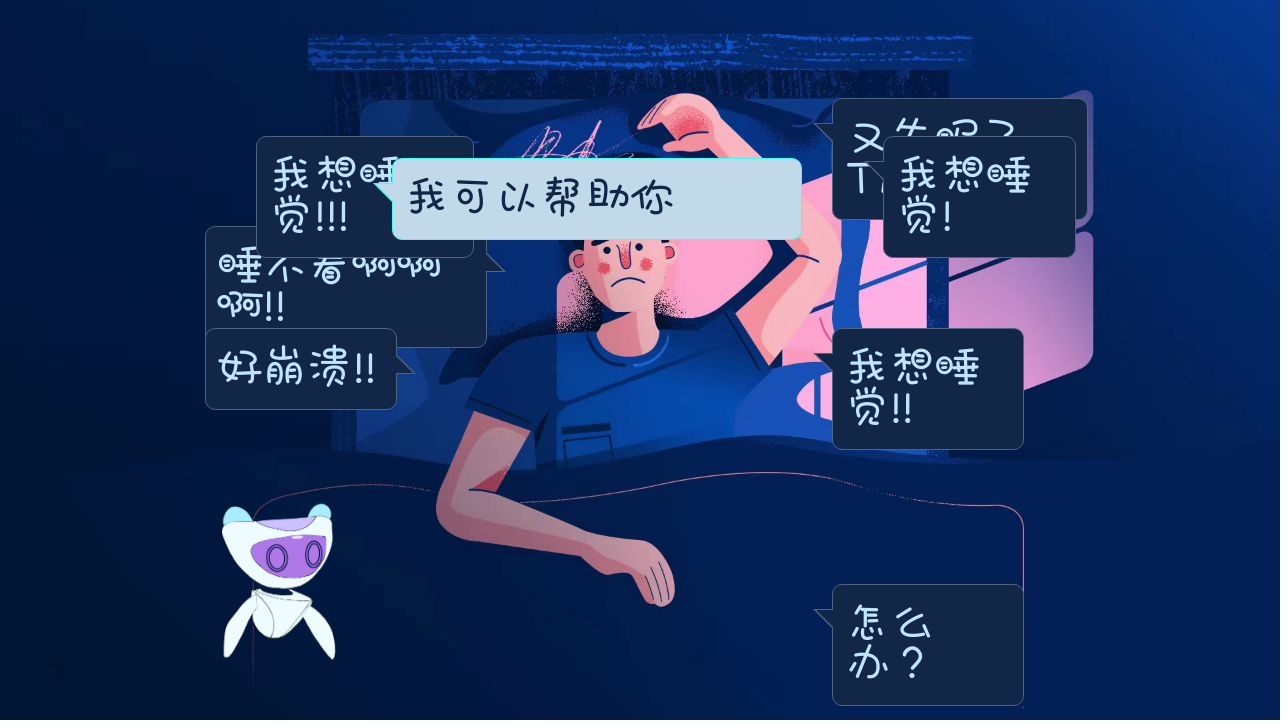
Repository: chjyume/zhongyi
Page: index2.html
An editor plug-in stored every save of this project. The page is shown before and after the next save, followed by the edit.
The browser window is 1280 px wide. The page is 1288 px wide, so the pictures cover 1288 px, including what lies to the right of the window. The pictures show the whole page.

Above is the page before, as saved 2023-06-27 09:08:26.

### index2.html
<!DOCTYPE html>
<html>
	<head>
        <meta charset="utf-8" />
		<title>小故事引入</title>

        <link href="css\index2.css" rel="stylesheet" type="text/css">
		<link rel="stylesheet" type="text/css" href="family\font.css">
	</head>
	<style>
	body
	{
        background-image:url("img/img2-1.png");
		background-repeat:no-repeat;
        height: 100%;
        width: 100%;
        background-size:cover;
        position:absolute;
        left:0;
        top:0;
	}
	</style>
	<body>
		<div id="man" tabindex="1">
		<div class="bubble1" id="text1"  tabindex="1" style="width: calc(18%)">又失眠了TAT</div>
		<div class="bubble1" id="text2"  tabindex="1" style="width: calc(13%)">我想睡觉!</div>
		<div class="bubble1" id="text4"  tabindex="1" style="width: calc(13%)">我想睡觉!!</div>
		<div class="bubble1" id="text5"  tabindex="1" style="width: calc(13%)">怎么办？</div>
		<div class="bubble2" id="text3" tabindex="1"  style="width: calc(20%)">睡不着啊啊啊!!</div>
		<div class="bubble2" id="text2" tabindex="1"  style="width: calc(15%)">我想睡觉!!!</div>
		<div class="bubble2" id="text4"  tabindex="1" style="width: calc(13%)">好崩溃!!</div>
		</div>
		<div id="AI" tabindex="1">
			<img id="robot" src="img/img2-2.png">
			<div class="bubble3" id="text" tabindex="1" style="width: calc(30%);">我可以帮助你</div>
		</div>
	</body>
</html>

### css/index2.css

.bubble1 {
    position: fixed;
    padding: 20px 12px;
    font-family:HYLeMiaoTi;
    font-size: 45px;
    line-height: 40px;
    top: calc(10%);
    left: calc(65%);
    color: #c0e3ff;
    background: #122648;
    border: 1px solid #4e637e;
    border-radius: 10px;
    opacity: 0;
  }

  .bubble1::before,
  .bubble1::after {

    position: absolute;
    left: -20px;
    top:24px;
    display: block;
    font-size: 0;
    line-height: 0;
    border-color: #4e637e #4e637e transparent transparent;
    border-style: solid;
    border-width: 10px;
    content: "";
  }

  .bubble1::after {
    left: -17px;
    top:25px;
    border-color: #122648 #122648 transparent transparent;
  }



  .bubble2 {
    position: fixed;
    padding: 20px 12px;
    font-family:HYLeMiaoTi;
    font-size: 45px;
    line-height: 40px;
    top: calc(10%);
    left: calc(16%);
    color: #c0e3ff;
    background: #122648;
    border: 1px solid #4e637e;
    border-radius: 10px;
    opacity: 0;
  }


  .bubble2::before,
  .bubble2::after {

    position: absolute;
    right: -20px;
    top:25px;
    display: block;
    font-size: 0;
    line-height: 0;
    border-color: transparent transparent #4e637e #4e637e;
    border-style: solid;
    border-width: 10px;
    content: "";
  }

  .bubble2::after {
    right: -17px;
    top:24px;
    border-color:transparent transparent #122648 #122648 ;
  }


  #text1{
    margin-top: calc(2%);
    animation: bubble 2s linear 0s 1 normal forwards;
  }
  #text2{
    margin-top: calc(5%);
    margin-left: calc(4%);
    animation: bubble 2s linear 1.5s 1 normal forwards;
  }
  #text3{
    margin-top: calc(12%);
    margin-right: calc(2%);
    animation: bubble 2s linear 1s 1 normal forwards;
  }
  #text4{
    margin-top: calc(20%);
    margin-right: calc(3%);
    animation: bubble 2s linear 2s 1 normal forwards;
  }
  #text5{
    margin-top: calc(40%);
    margin-right: calc(3%);
    animation: bubble 2s linear 2.5s 1 normal forwards;
  }


  @keyframes bubble {
    0% {
      opacity: 0;
  }
  100% {
    opacity: 1;
  }
}

.bubble1:hover{
  cursor:pointer;
}
.bubble2:hover{
  cursor:pointer;
}

#text1:focus{
  animation: rebubble 3s ease-out 0s 1 normal forwards;
}

#text2:focus{
  animation: rebubble 3s ease-out 0s 1 normal forwards;
}

#text3:focus{
  animation: rebubble 3s ease-out 0s 1 normal forwards;
}

#text4:focus{
  animation: rebubble 3s ease-out 0s 1 normal forwards;
}

  #man:has(>#text5:focus){
    animation: man 1s linear 0s 1 normal forwards;
  }

@keyframes rebubble {
  0% {
    opacity: 1;
}
50% {
  opacity: 0;
}
100%{
  opacity: 1;
}
}

@keyframes man {
100% {
  opacity: 0;
  display: none;
}
}

/* AI机器人部分 */
#robot{
  width: 13%;
  position: fixed;
  top: calc(65%);
  left: calc(15%);
  z-index: 1;

}

.bubble3 {
  position: relative;
  padding: 20px 12px;
  font-family:HYLeMiaoTi;
  font-size: 45px;
  line-height: 40px;
  top: 150px;
  left: calc(30%);
  color: #122648;
  background: #c2d9e9;
  border: 1px solid #3fffef;
  border-radius: 10px;

}

.bubble3::before,
.bubble3::after {

  position: absolute;
  left: -20px;
  top:24px;
  display: block;
  font-size: 0;
  line-height: 0;
  border-color: #3fffef #3fffef transparent transparent;
  border-style: solid;
  border-width: 10px;
  content: "";
}

.bubble3::after {
  left: -17px;
  top:25px;
  border-color: #c2d9e9 #c2d9e9 transparent transparent;
}

### family/font.css
@font-face {
    font-family: "HYLeMiaoTi";
    src:url("HYLeMiaoTiJ.ttf");
    font-weight: normal;
    font-style: normal;
}

After the next save:
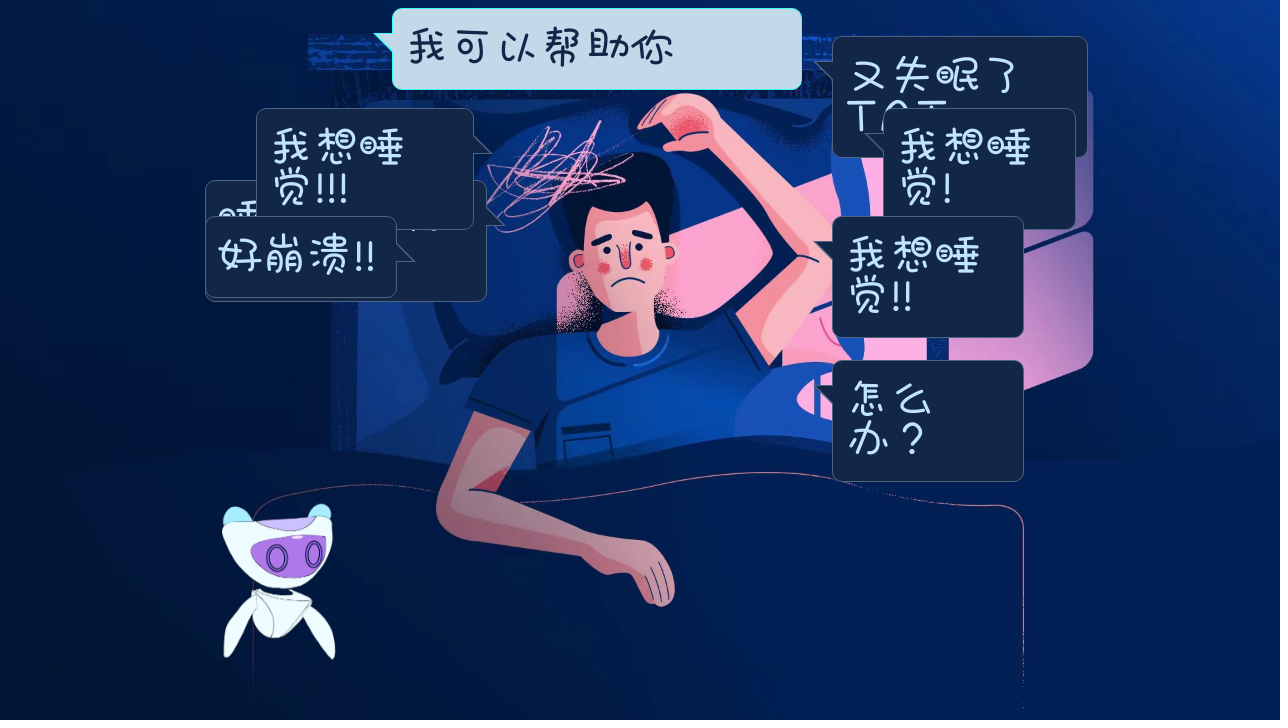
Saved 95 s later.
--- a/css/index2.css
+++ b/css/index2.css
@@ -76,26 +76,26 @@
 
 
   #text1{
-    margin-top: calc(2%);
+    top: calc(5%);
     animation: bubble 2s linear 0s 1 normal forwards;
   }
   #text2{
-    margin-top: calc(5%);
+    top: calc(15%);
     margin-left: calc(4%);
     animation: bubble 2s linear 1.5s 1 normal forwards;
   }
   #text3{
-    margin-top: calc(12%);
+    top: calc(25%);
     margin-right: calc(2%);
     animation: bubble 2s linear 1s 1 normal forwards;
   }
   #text4{
-    margin-top: calc(20%);
+    top: calc(30%);
     margin-right: calc(3%);
     animation: bubble 2s linear 2s 1 normal forwards;
   }
   #text5{
-    margin-top: calc(40%);
+    top: calc(50%);
     margin-right: calc(3%);
     animation: bubble 2s linear 2.5s 1 normal forwards;
   }
@@ -172,7 +172,7 @@
   font-family:HYLeMiaoTi;
   font-size: 45px;
   line-height: 40px;
-  top: 150px;
+  top: calc(65%);
   left: calc(30%);
   color: #122648;
   background: #c2d9e9;
